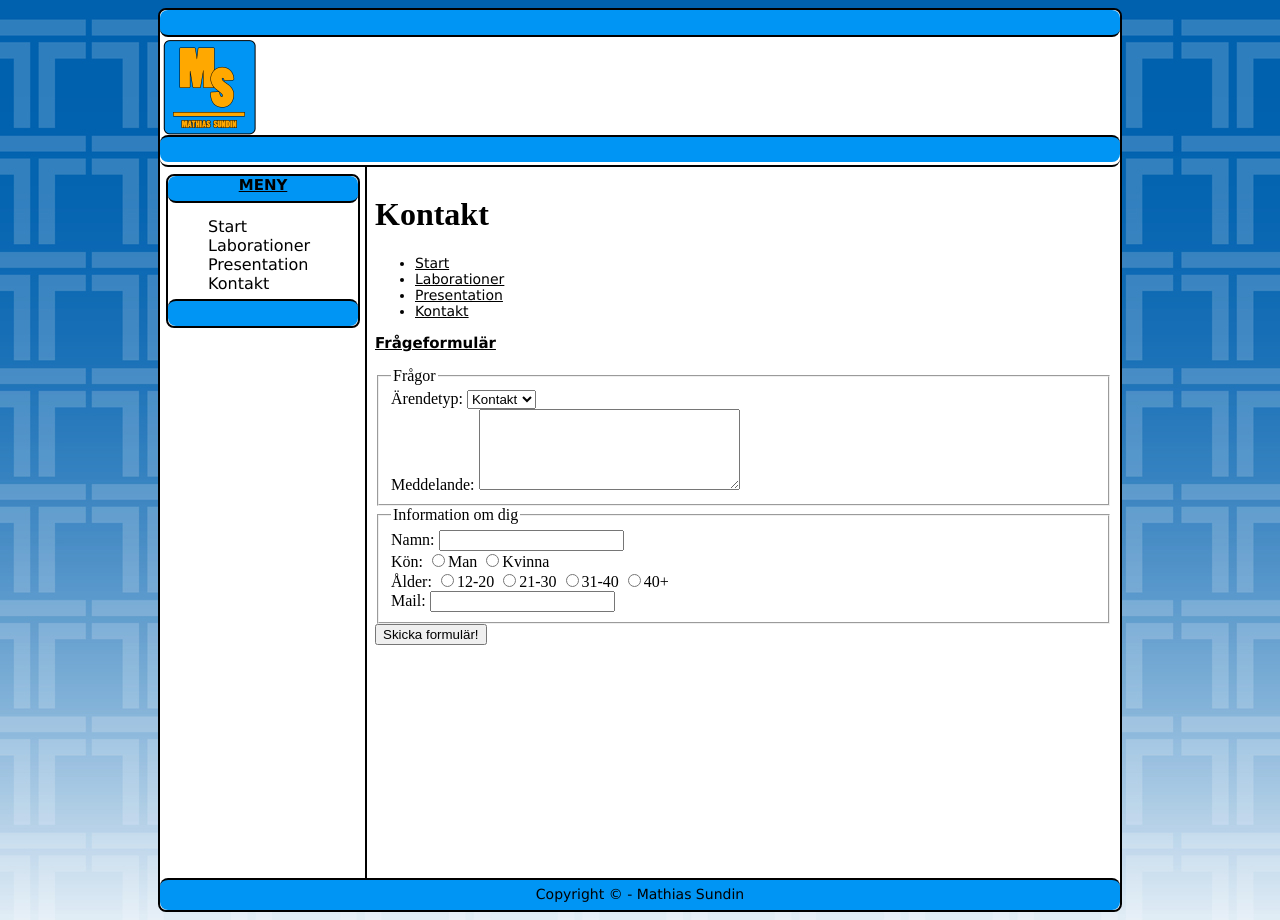
Repository: ms223uh/1ik415-laborationer
Page: www/pages/kontakt.html
The author's editor kept a record of every edit. The page is drawn from the files as they stood at one moment, then again after the next edit.
The browser window is 1280 px wide. The pictures show the whole page.

Above is the page before.

After the next edit:
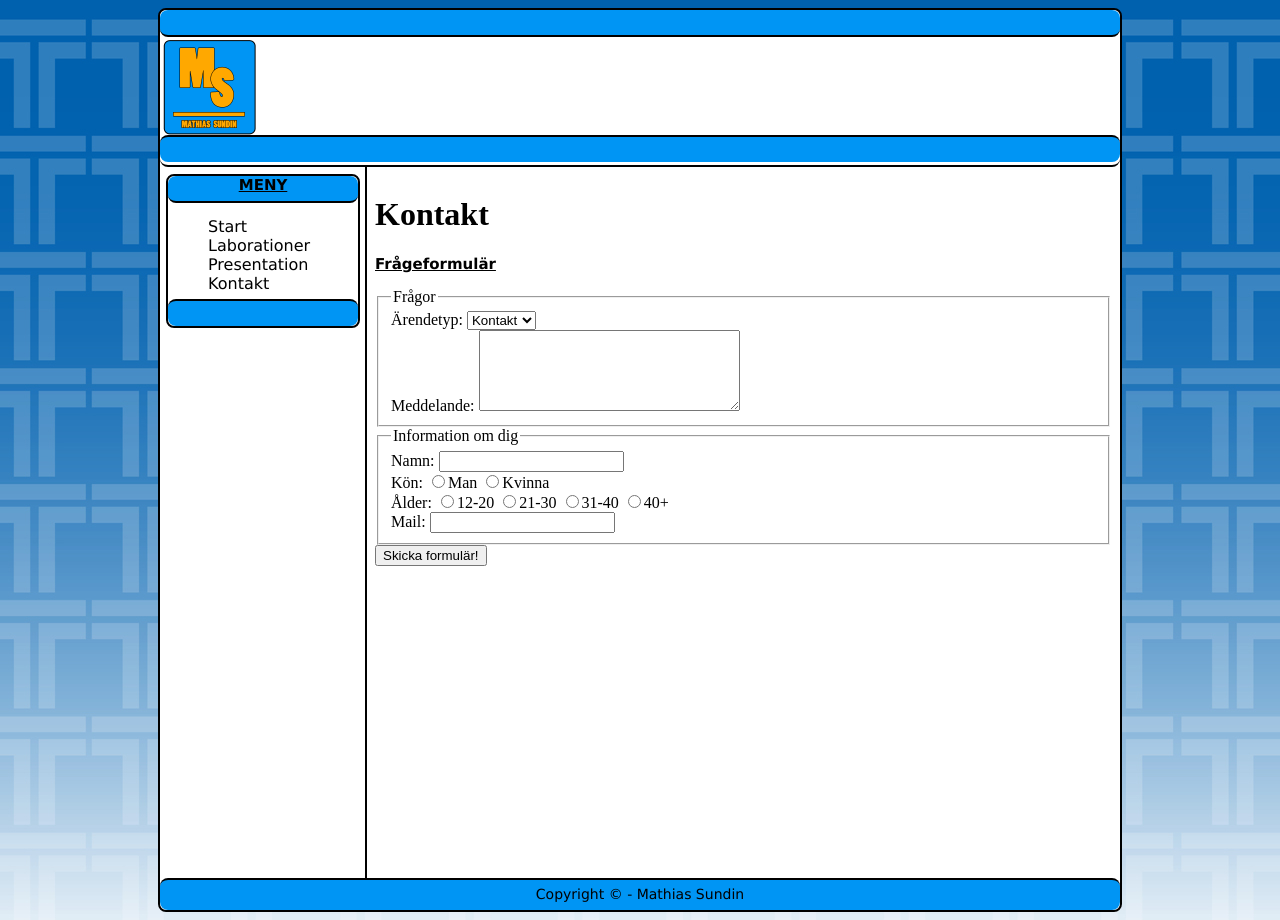
The edit:
--- a/www/pages/kontakt.html
+++ b/www/pages/kontakt.html
@@ -51,13 +51,7 @@
 
         <h1>Kontakt</h1>
 
-        <ul>
-            <li><a href="../index.html">Start</a></li>
-            <li><a href="laborationer.html">Laborationer</a></li>
-            <li><a href="presentation.html">Presentation</a></li>
-            <li><a href="kontakt.html">Kontakt</a></li>
-            </li>
-        </ul>
+
 
         <h3>Frågeformulär</h3>
 
